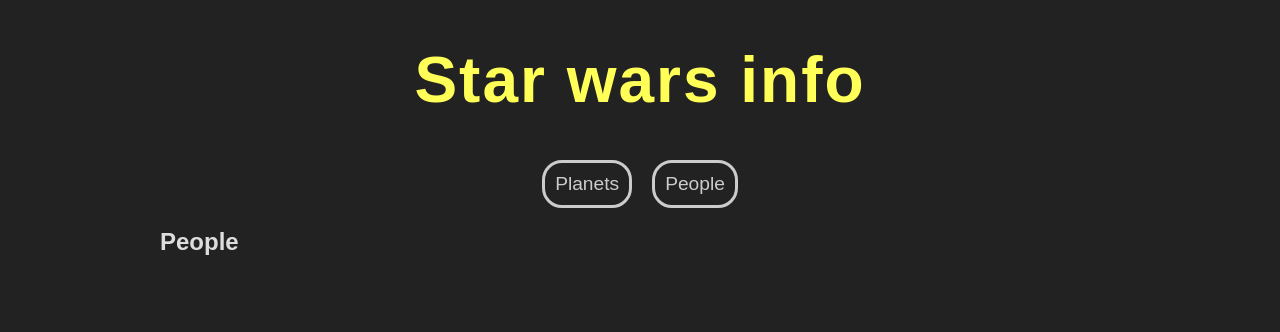
Repository: Pavlin-React/React-useQuery
Page: /, after clicking the first element matching `nav > :nth-child(2)`
The author's editor kept a copy of each file at every save. The page is drawn from the files as they stood at one save, then again after the next save.
The browser window is 1280 px wide. The pictures show the whole page.
The page's requests for data from a server got no answer. The project was rebuilt for these pictures with package versions that can differ from the ones it lists, and the page was loaded fresh each time. No one was signed in, and anything a server would have sent is missing. Also part of the build but not shown: src/components/Planet.js.

Above is the page before, as saved 2021-05-09 21:07:01.

After the next save:
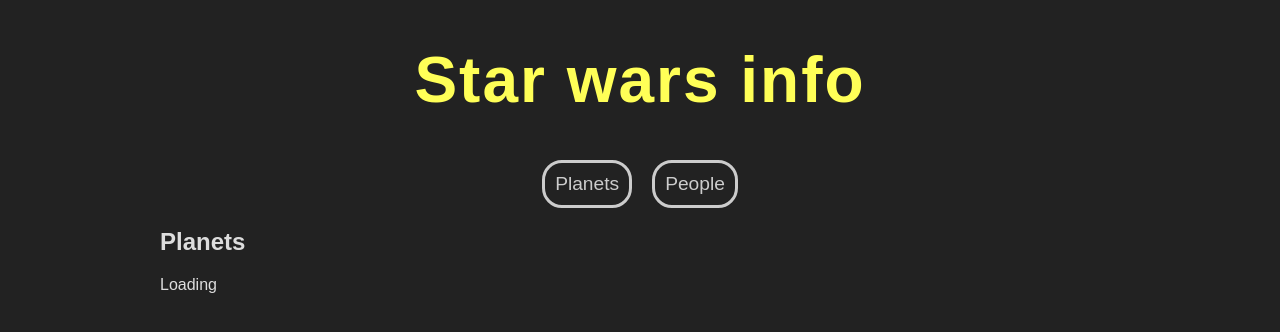
Saved 2 min 31 s later.
--- a/src/components/People.js
+++ b/src/components/People.js
@@ -1,7 +1,32 @@
-const People = () => {
+import { useQuery } from "react-query";
+import Planet from './Planet'
+
+
+let fetchPlanets = async () => {
+  let res = await fetch("http://swapi.dev/api/planets/");
+  return res.json();
+};
+
+const Planets = () => {
+  let { data, status } = useQuery("planets", fetchPlanets);
+  console.log(data);
+
   return (
-    <h2>People</h2>
+    <div>
+      <h2>Planets</h2>
+      {/* <p>{ status }</p> */}
+
+      {status === "error" && <div>Error</div>}
+
+      {status === "loading" && <div>Loading</div>}
+
+      {status === "success" && (
+        <div>
+          { data.results.map(planet => <Planet key={ planet.name } planet = { planet } />) }
+        </div>
+      )}
+    </div>
   );
-}
+};
 
-export default People;
+export default Planets;
